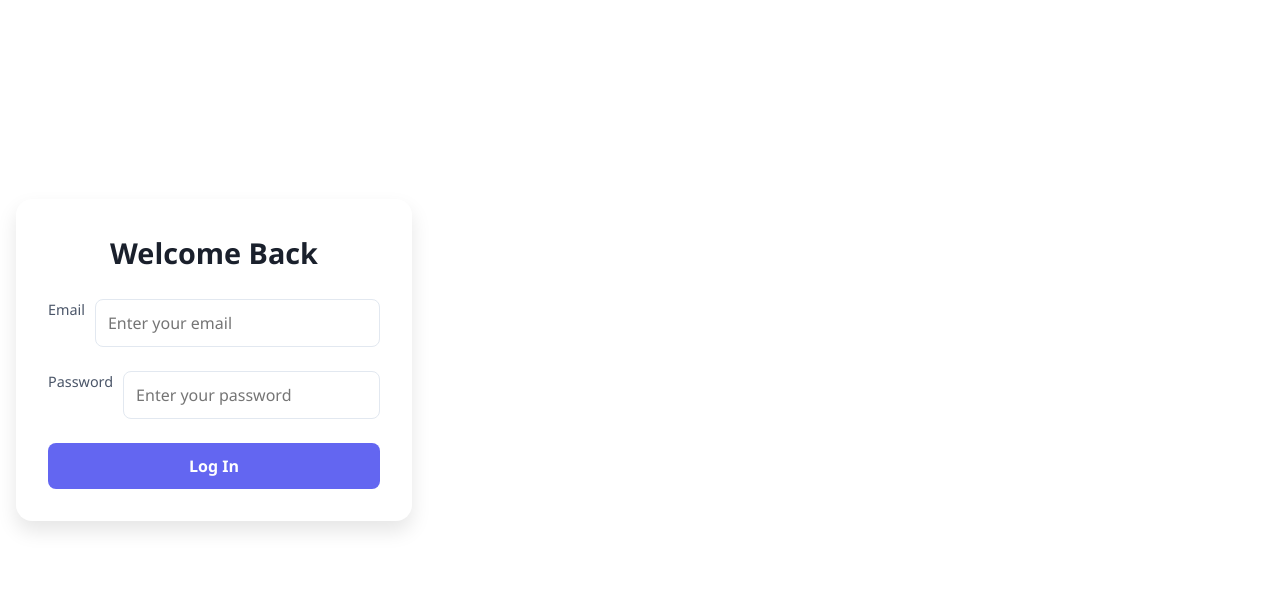
Repository: ferhadsultan98/e-commerce
Page: /
These files come from the project's save history. The page is drawn as it stood at one moment and after the next save; the edit follows.
The browser window is 1280 px wide. The pictures show the whole page.
The project was rebuilt for these pictures with package versions that can differ from the ones it lists, and the page was loaded fresh each time. Also part of the build but not shown: vite.config.js, src/client/Styles/Products.scss, src/client/Pages/Products/Products.jsx, src/client/Styles/TechSlider.scss, src/client/Pages/TechSlider/TechSlider.jsx, src/client/Styles/BottomHeader.scss, src/client/Components/Header/BottomHeader.jsx, src/client/Components/Footer/Footer.jsx and 2 more. Imported but missing from the stored project, and not drawn on this page: src/client/Components/Layout/Layout.

Above is the page before, as saved 2025-04-20 00:47:15.

### index.html
<!doctype html>
<html lang="en">
  <head>
    <meta charset="UTF-8" />
<link rel="shortcut icon" href="/src/client/Assets/logo.webp" type="image/x-icon">
    <meta name="viewport" content="width=device-width, initial-scale=1.0" />
    <title>TechStore</title>
  </head>
  <body>
    <div id="root"></div>
    <script type="module" src="/src/main.jsx"></script>
  </body>
</html>

### src/App.jsx
import React, { useState, useEffect } from 'react';
import { BrowserRouter, Routes, Route, Navigate } from 'react-router-dom';
import './App.css';
import Login from './client/Components/Login/Login';
import Products from './client/Pages/Products/Products';
import TechLogoSlider from './client/Pages/TechSlider/TechSlider';
import BottomHeader from './client/Components/Header/BottomHeader';
import Footer from './client/Components/Footer/Footer';
import TopHeader from './client/Components/Header/TopHeader';

function App() {
  const [isAuthenticated, setIsAuthenticated] = useState(
    sessionStorage.getItem('isAuthenticated') === 'true'
  );

  useEffect(() => {
    sessionStorage.setItem('isAuthenticated', isAuthenticated);
  }, [isAuthenticated]);

  const handleLogin = () => {
    setIsAuthenticated(true);
  };

  const handleLogout = () => {
    setIsAuthenticated(false);
    sessionStorage.removeItem('isAuthenticated');
  };

  const PrivateRoute = ({ children }) => {
    return isAuthenticated ? children : <Navigate to="/login" />;
  };

  return (
    <BrowserRouter>
      <Routes>
        <Route
          path="/login"
          element={<Login onLogin={handleLogin} />}
        />
        <Route
          path="/tech"
          element={
            <PrivateRoute>
              <>
                <TopHeader onLogout={handleLogout} />
                <BottomHeader/>
                <Products />
                <TechLogoSlider />
                <Footer/>
              </>
            </PrivateRoute>
          }
        />
        <Route
          path="/"
          element={
            isAuthenticated ? <Navigate to="/tech" /> : <Navigate to="/login" />
          }
        />
      </Routes>
    </BrowserRouter>
  );
}

export default App;

### src/App.css
*{
  margin: 0;
  padding: 0;
  box-sizing: border-box;
  font-family: 'Segoe UI', Tahoma, Geneva, Verdana, sans-serif;
}

### src/client/Components/Login/Login.jsx
import React, { useState } from 'react';
import { useNavigate } from 'react-router-dom';
import '../../Styles/Login.scss';

const Login = ({ onLogin }) => {
  const [email, setEmail] = useState('');
  const [password, setPassword] = useState('');
  const [error, setError] = useState(null);
  const [loading, setLoading] = useState(false);

  const navigate = useNavigate();

  const handleLogin = async (e) => {
    e.preventDefault();
    setError(null);
    setLoading(true);

    try {
      // Simple authentication logic
      if (email && password) {
        sessionStorage.setItem('isAuthenticated', 'true');
        onLogin();
        navigate('/tech');
      } else {
        throw new Error('Invalid email or password');
      }
    } catch (error) {
      setError(error.message || 'An error occurred. Please try again.');
    } finally {
      setLoading(false);
    }
  };

  return (
    <div className="loginContainer">
      <div className="loginCard">
        <h2>Welcome Back</h2>
        {error && <div className="errorMessage">{error}</div>}
        <form onSubmit={handleLogin}>
          <div className="inputGroup">
            <label htmlFor="email">Email</label>
            <input
              type="email"
              id="email"
              value={email}
              onChange={(e) => setEmail(e.target.value)}
              placeholder="Enter your email"
              required
              disabled={loading}
            />
          </div>
          <div className="inputGroup">
            <label htmlFor="password">Password</label>
            <input
              type="password"
              id="password"
              value={password}
              onChange={(e) => setPassword(e.target.value)}
              placeholder="Enter your password"
              required
              disabled={loading}
            />
          </div>
          <button type="submit" className="loginBtn" disabled={loading}>
            {loading ? 'Logging In...' : 'Log In'}
          </button>
        </form>
      </div>
    </div>
  );
};

export default Login;

### src/client/Styles/Login.scss
.loginContainer {
  display: flex;
  justify-content: center;
  align-items: center;
  min-height: 100vh;
  padding: 1rem;

  .loginCard {
    background: white;
    border-radius: 1rem;
    box-shadow: 0 10px 20px rgba(0, 0, 0, 0.1);
    width: 100%;
    max-width: 400px;
    padding: 2rem;

    h2 {
      font-size: 1.8rem;
      font-weight: 700;
      text-align: center;
      margin-bottom: 1.5rem;
      color: #1a202c;
    }

    form {
      .inputGroup {
        margin-bottom: 1.5rem;

        label {
          display: block;
          font-size: 0.9rem;
          font-weight: 500;
          margin-bottom: 0.5rem;
          color: #4a5568;
        }

        input {
          width: 100%;
          padding: 0.75rem;
          border: 1px solid #e2e8f0;
          border-radius: 0.5rem;
          font-size: 1rem;
          transition: border-color 0.3s ease;

          &:focus {
            outline: none;
            border-color: #6366f1;
          }
        }
      }

      .loginBtn {
        width: 100%;
        padding: 0.75rem;
        background: #6366f1;
        color: white;
        font-weight: 600;
        font-size: 1rem;
        border: none;
        border-radius: 0.5rem;
        cursor: pointer;
        transition: background 0.3s ease;

        &:hover {
          background: #4f46e5;
        }
      }
    }

    .signupLink {
      text-align: center;
      margin-top: 1.5rem;
      font-size: 0.9rem;
      color: #4a5568;

      a {
        color: #6366f1;
        text-decoration: none;
        font-weight: 500;

        &:hover {
          text-decoration: underline;
        }
      }
    }
  }

  @media (max-width: 640px) {
    .loginCard {
      padding: 1.5rem;

      h2 {
        font-size: 1.5rem;
      }
    }
  }
}

### src/client/Styles/Footer.scss
.footerWrapper {
    background-color: #1a202c;
    color: #e2e8f0;
    font-family: "Inter", sans-serif;
    padding-top: 60px;
  }

  .footerContainer {
    max-width: 1280px;
    margin: 0 auto;
    padding: 0 20px;
  }

  .footerTop {
    border-bottom: 1px solid #4a5568;
    padding-bottom: 40px;
  }

  .footerTop .footerContainer {
    display: grid;
    grid-template-columns: repeat(auto-fit, minmax(200px, 1fr));
    gap: 30px;
  }

  .footerColumn {
    display: flex;
    flex-direction: column;
    gap: 20px;
  }

  .footerLogo {
    h2 {
      font-size: 24px;
      font-weight: 700;
      color: #ffffff;
      margin-bottom: 10px;
    }

    p {
      font-size: 14px;
      color: #a0aec0;
    }
  }

  .footerSocial {
    display: flex;
    gap: 15px;

    .socialIcon {
      color: #a0aec0;
      transition: color 0.3s ease;

      &:hover {
        color: #3182ce;
      }
    }
  }

  .footerColumn h3 {
    font-size: 18px;
    font-weight: 600;
    color: #ffffff;
    margin-bottom: 15px;
  }

  .footerLinks {
    list-style: none;
    padding: 0;
    margin: 0;
    display: flex;
    flex-direction: column;
    gap: 10px;

    li {
      a {
        color: #a0aec0;
        text-decoration: none;
        font-size: 14px;
        transition: color 0.3s ease;

        &:hover {
          color: #3182ce;
        }
      }
    }
  }

  .subscribeColumn {
    max-width: 300px;

    p {
      font-size: 14px;
      color: #a0aec0;
      margin-bottom: 20px;
    }
  }

  .subscribeForm {
    display: flex;
    flex-direction: column;
    gap: 10px;
  }

  .inputGroup {
    display: flex;
    gap: 10px;
  }

  .subscribeForm input {
    flex: 1;
    padding: 10px 15px;
    border: 1px solid #4a5568;
    background-color: #2d3748;
    color: #e2e8f0;
    border-radius: 4px;
    font-size: 14px;
    outline: none;

    &::placeholder {
      color: #a0aec0;
    }

    &.inputError {
      border-color: #e53e3e;
    }
  }

  .subscribeButton {
    padding: 10px 20px;
    background-color: #3182ce;
    border: none;
    border-radius: 4px;
    color: #ffffff;
    font-size: 14px;
    font-weight: 500;
    cursor: pointer;
    transition: background-color 0.3s ease;

    &:hover {
      background-color: #2b6cb0;
    }
  }

  .statusMessage {
    font-size: 13px;
    padding: 8px;
    border-radius: 4px;
    text-align: center;

    &.successMessage {
      background-color: #2f855a;
      color: #ffffff;
    }

    &.errorMessage {
      background-color: #e53e3e;
      color: #ffffff;
    }
  }

  .footerBottom {
    padding: 20px 0;
    font-size: 14px;
  }

  .footerBottom .footerContainer {
    display: flex;
    justify-content: space-between;
    align-items: center;
    flex-wrap: wrap;
    gap: 20px;
  }

  .footerCopyright {
    color: #a0aec0;
  }

  .footerLegal {
    display: flex;
    gap: 20px;

    a {
      color: #a0aec0;
      text-decoration: none;
      transition: color 0.3s ease;

      &:hover {
        color: #3182ce;
      }
    }
  }

  /* Responsive Styles */
  @media screen and (max-width: 992px) {
    .footerTop .footerContainer {
      grid-template-columns: repeat(auto-fit, minmax(180px, 1fr));
    }

    .subscribeColumn {
      max-width: 100%;
    }
  }

  @media screen and (max-width: 768px) {
    .footerWrapper {
      padding-top: 40px;
    }

    .footerTop {
      padding-bottom: 30px;
    }

    .footerTop .footerContainer {
      gap: 20px;
    }

    .footerLogo h2 {
      font-size: 20px;
    }

    .footerColumn h3 {
      font-size: 16px;
    }

    .footerLinks li a {
      font-size: 13px;
    }

    .subscribeForm input,
    .subscribeButton {
      font-size: 13px;
    }
  }

  @media screen and (max-width: 576px) {
    .footerBottom .footerContainer {
      flex-direction: column;
      align-items: flex-start;
    }

    .footerLegal {
      flex-direction: column;
      gap: 10px;
    }

    .inputGroup {
      flex-direction: column;
    }

    .subscribeButton {
      width: 100%;
      text-align: center;
    }
  }

Loaded but not shown: src/main.jsx (common file); src/index.css (common file)

After the next save:
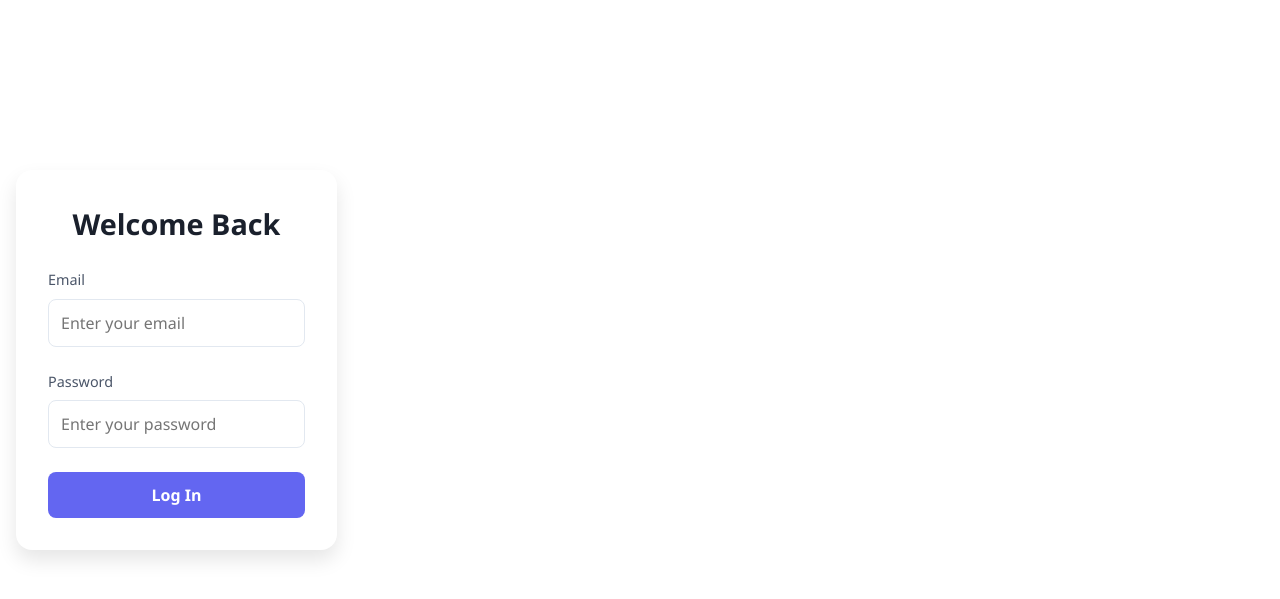
Saved 100 s later.
--- a/src/App.jsx
+++ b/src/App.jsx
@@ -4,9 +4,7 @@ import './App.css';
 import Login from './client/Components/Login/Login';
 import Products from './client/Pages/Products/Products';
 import TechLogoSlider from './client/Pages/TechSlider/TechSlider';
-import BottomHeader from './client/Components/Header/BottomHeader';
-import Footer from './client/Components/Footer/Footer';
-import TopHeader from './client/Components/Header/TopHeader';
+import Layout from './client/Components/Layout/Layout';
 
 function App() {
   const [isAuthenticated, setIsAuthenticated] = useState(
@@ -41,13 +39,10 @@ function App() {
           path="/tech"
           element={
             <PrivateRoute>
-              <>
-                <TopHeader onLogout={handleLogout} />
-                <BottomHeader/>
+              <Layout onLogout={handleLogout}>
                 <Products />
                 <TechLogoSlider />
-                <Footer/>
-              </>
+              </Layout>
             </PrivateRoute>
           }
         />
